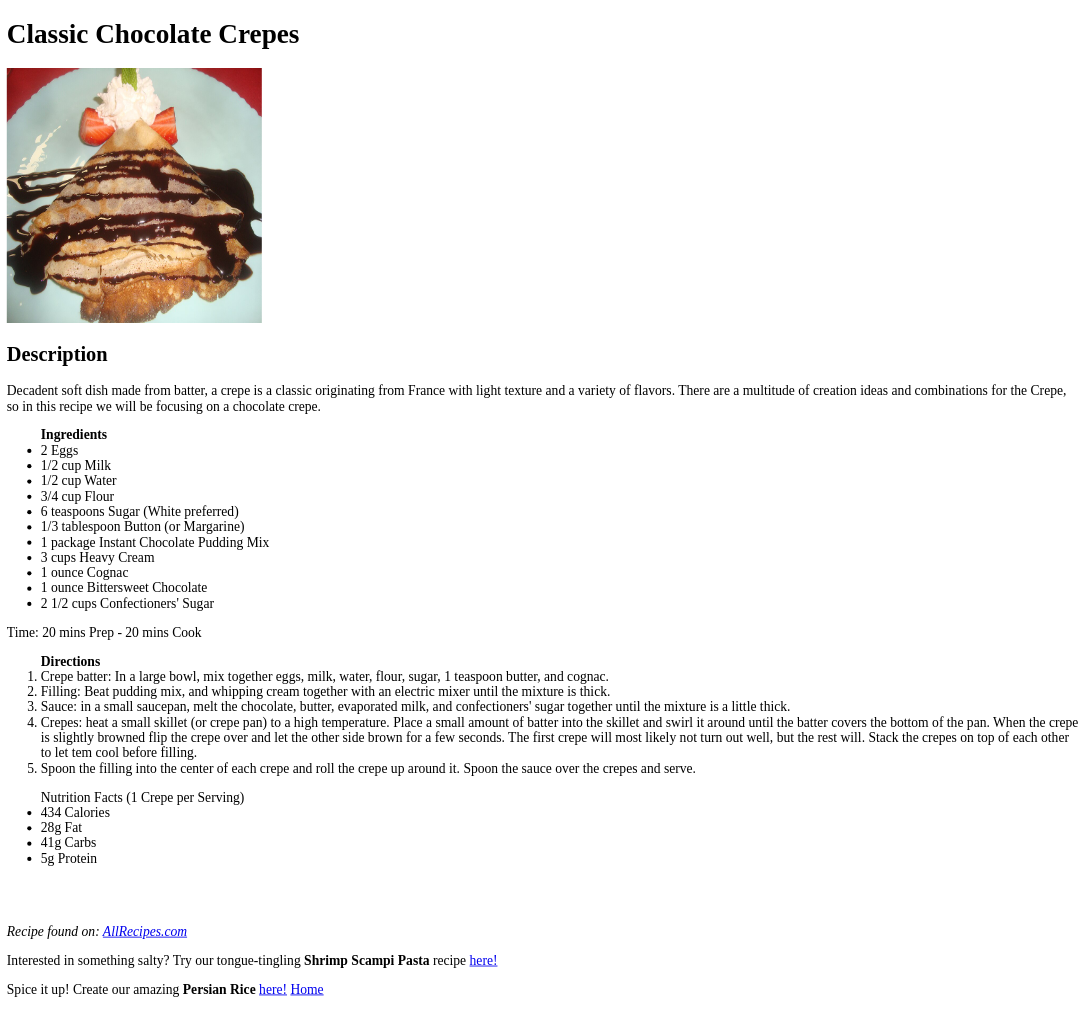
Repository: Mervens/odin-recipes
Page: recipes/crepe.html
An editor plug-in stored every save of this project. The page is shown before and after the next save, followed by the edit.
The browser window is 1280 px wide. The pictures show the whole page, at 85% of full size.

Above is the page before, as saved 2025-06-18 13:00:02.

### recipes/crepe.html
<!DOCTYPE html>

<html lang="en">

<head>
    <meta charset="UTF-8">
    <title>Chocolate Crepe | Odin Recipes</title>
</head>

<body>
    <h1>Classic Chocolate Crepes</h1>

    <img src="../recipes/images/Chocolate Image.png"
        alt="Photo of Chocolate Crepe. Image found on Wikipedia - linked in ReadME." height=300 width=300>
    <h2>Description</h2>
    <p>Decadent soft dish made from batter, a crepe is a classic originating from France with light texture and a
        variety of flavors. There are a multitude of creation ideas and combinations for the Crepe, so in this
        recipe we
        will be focusing on a chocolate crepe.</p>
    <ul><strong>Ingredients</strong>
        <li>2 Eggs</li>
        <li>1/2 cup Milk</li>
        <li>1/2 cup Water</li>
        <li>3/4 cup Flour</li>
        <li>6 teaspoons Sugar (White preferred)</li>
        <li>1/3 tablespoon Button (or Margarine)</li>
        <li>1 package Instant Chocolate Pudding Mix</li>
        <li>3 cups Heavy Cream</li>
        <li>1 ounce Cognac</li>
        <li>1 ounce Bittersweet Chocolate</li>
        <li>2 1/2 cups Confectioners' Sugar</li>
    </ul>
    <p>Time: 20 mins Prep - 20 mins Cook</p>
    <ol><strong>Directions</strong>
        <li>Crepe batter: In a large bowl, mix together eggs, milk, water, flour, sugar, 1 teaspoon butter, and
            cognac.
        </li>
        <li>Filling: Beat pudding mix, and whipping cream together with an electric mixer until the mixture is
            thick.
        </li>
        <li>Sauce: in a small saucepan, melt the chocolate, butter, evaporated milk, and confectioners' sugar
            together
            until the mixture is a little thick.</li>
        <li>Crepes: heat a small skillet (or crepe pan) to a high temperature. Place a small amount of batter into
            the
            skillet and swirl it around until the batter covers the bottom of the pan. When the crepe is slightly
            browned flip the crepe over and let the other side brown for a few seconds. The first crepe will most
            likely
            not turn out well, but the rest will. Stack the crepes on top of each other to let tem cool before
            filling.
        </li>
        <li>Spoon the filling into the center of each crepe and roll the crepe up around it. Spoon the sauce over
            the
            crepes and serve.</li>
    </ol>
    <ul>
        Nutrition Facts (1 Crepe per Serving)
        <li>434 Calories</li>
        <li>28g Fat</li>
        <li>41g Carbs</li>
        <li>5g Protein</li>
    </ul>
    <br>
    <br>

    <p><em>Recipe found on:
            <a href="https://www.allrecipes.com/recipe/16054/chocolate-crepes/" target="_blank"
                rel="noopener noreferrer">AllRecipes.com</em>
    </p>
    </a>
    <p>Interested in something salty? Try our tongue-tingling <strong>Shrimp Scampi Pasta </strong>recipe <a
            href="../recipes/pasta.html">here!</a>
    </p>
    <p>Spice it up! Create our amazing <strong>Persian Rice </strong><a href="../recipes/persian-rice.html">here!</a>
        <a href="../index.html">Home</a>

</body>

</html>

After the next save:
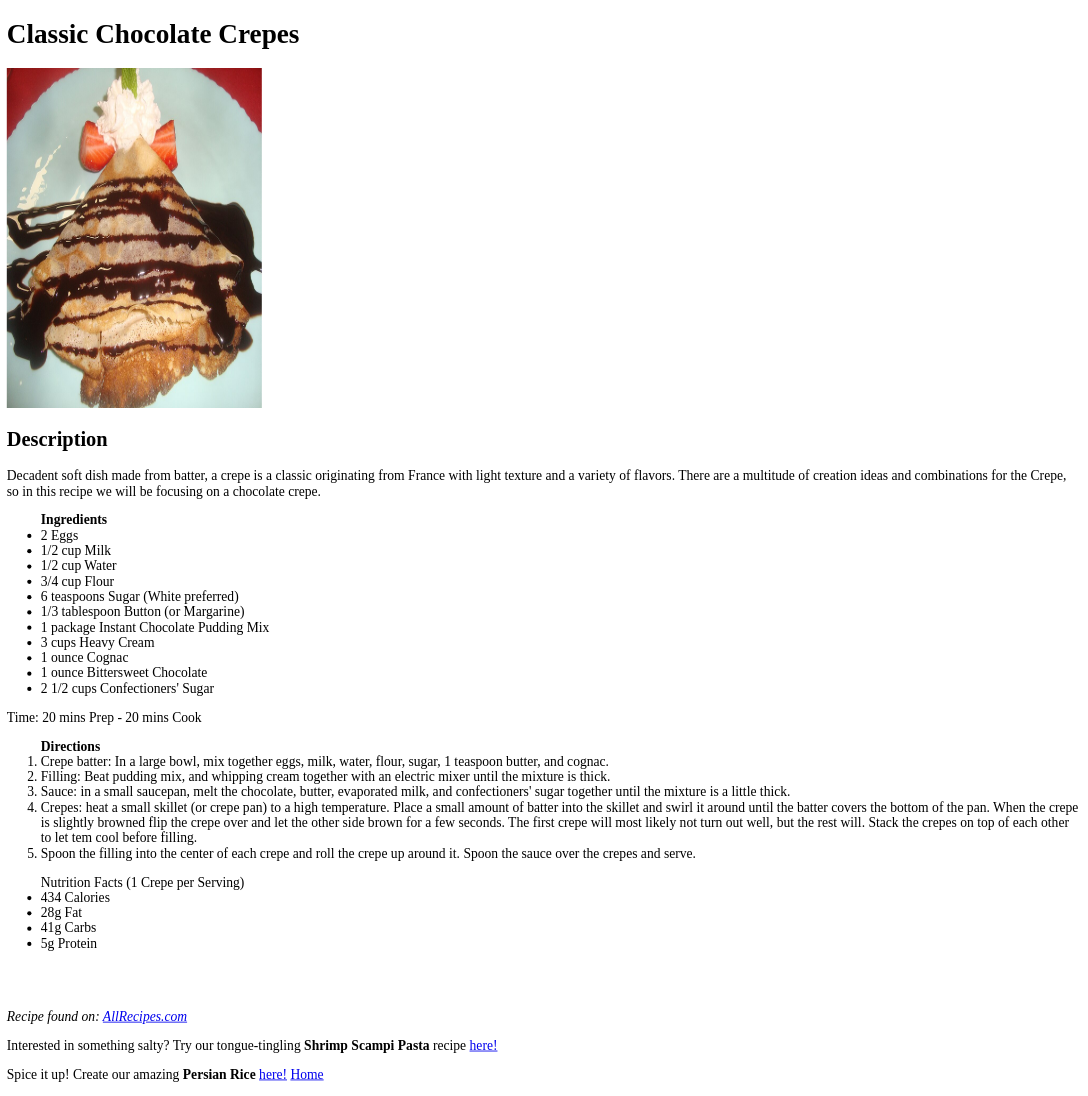
Saved 10 s later.
--- a/recipes/crepe.html
+++ b/recipes/crepe.html
@@ -11,7 +11,7 @@
     <h1>Classic Chocolate Crepes</h1>
 
     <img src="../recipes/images/Chocolate Image.png"
-        alt="Photo of Chocolate Crepe. Image found on Wikipedia - linked in ReadME." height=300 width=300>
+        alt="Photo of Chocolate Crepe. Image found on Wikipedia - linked in ReadME." height=400 width=300>
     <h2>Description</h2>
     <p>Decadent soft dish made from batter, a crepe is a classic originating from France with light texture and a
         variety of flavors. There are a multitude of creation ideas and combinations for the Crepe, so in this
